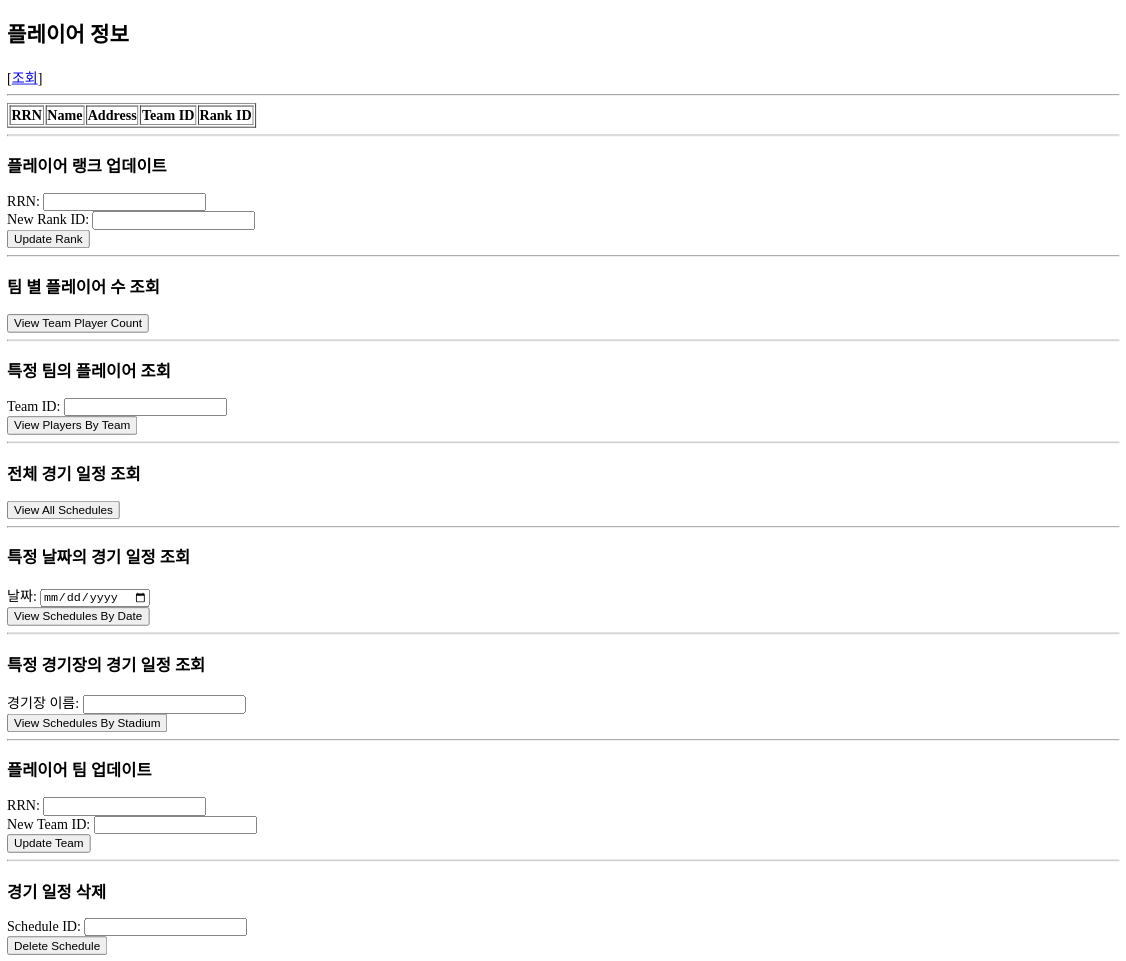
Repository: HappiKing/KNU_Database_ORACLE
Page: http://localhost/gg/playerControl?action=list
An editor plug-in stored every save of this project. The page is shown before and after the next save, followed by the edit.
The browser window is 1280 px wide. The pictures show the whole page, at 88% of full size.
The page is served by Tomcat 9. Queries for data that is not in the repository find no rows.

Above is the page before, as saved 2024-06-17 17:29:43.

After the next save:
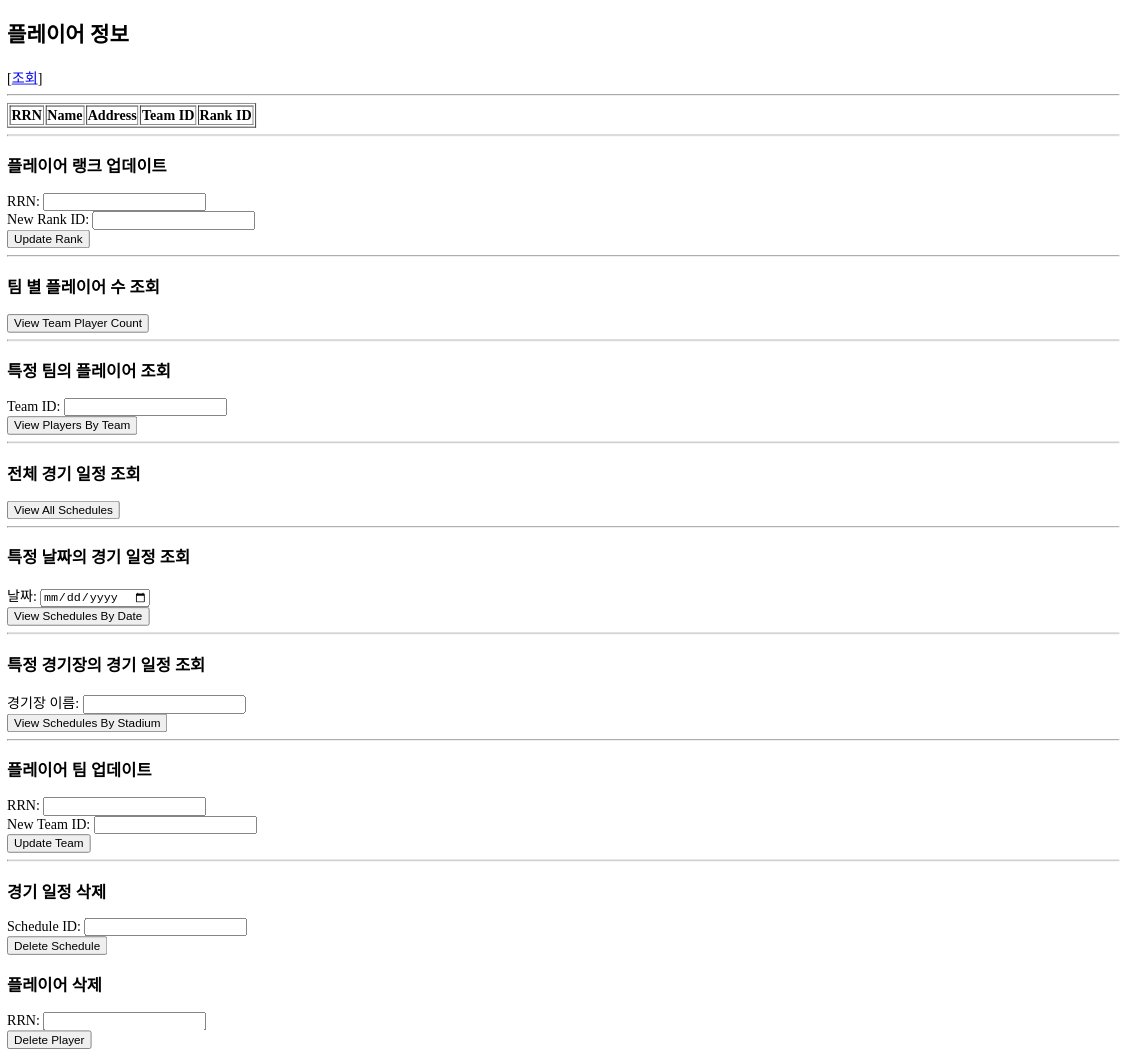
Saved 42 s later.
--- a/DB_futsal/test/gg/src/main/webapp/futsal/playerInfo.jsp
+++ b/DB_futsal/test/gg/src/main/webapp/futsal/playerInfo.jsp
@@ -94,6 +94,13 @@
     <input type="submit" value="Delete Schedule">
   </form>
 
+  <h3>플레이어 삭제</h3>
+  <form action="/gg/playerControl" method="post">
+    <input type="hidden" name="action" value="deletePlayer">
+    RRN: <input type="text" name="rrn" required><br>
+    <input type="submit" value="Delete Player">
+  </form>
+
 
 </body>
 </html>
